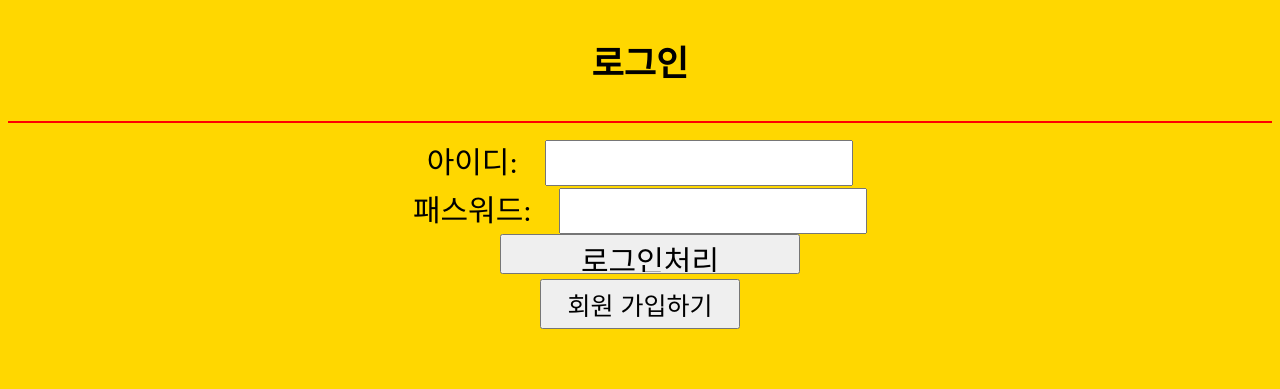
Repository: skywalker221-Minsoo/Java-project
Page: http://localhost/SecondProject/enter.jsp
An editor plug-in stored every save of this project. The page is shown before and after the next save, followed by the edit.
The browser window is 1280 px wide. The pictures show the whole page.
The page is served by Tomcat 9. Nobody is signed in. The application's start-up code is not run.

Above is the page before, as saved 2021-04-13 06:55:18.

After the next save:
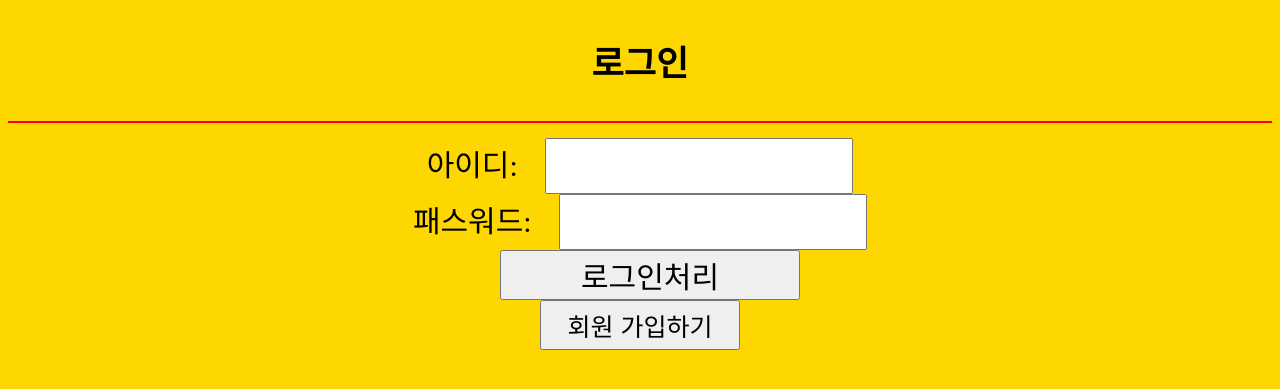
Saved 15 s later.
--- a/SecondProject/src/main/webapp/enter.jsp
+++ b/SecondProject/src/main/webapp/enter.jsp
@@ -12,7 +12,7 @@
 
 input {
 	width: 300px;
-	height: 40px;
+	height: 50px;
 	font-size: 30px;
 	margin: 0 0 0 20px;
 }
